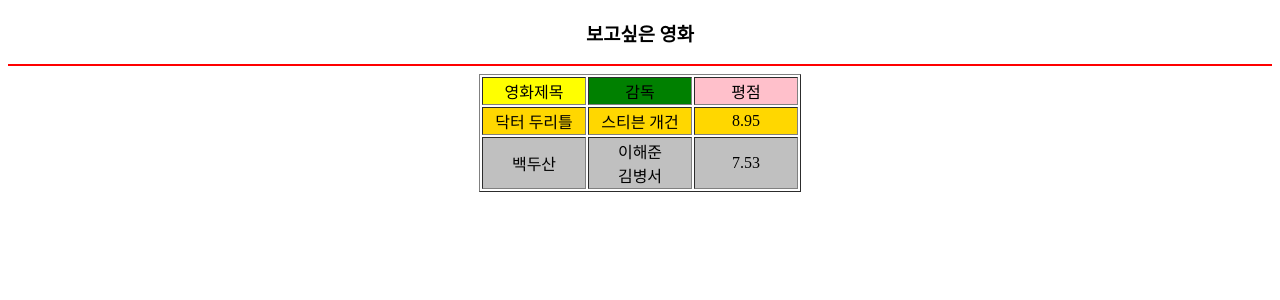
Repository: ujin2021/jsp_study
Page: jsp01/WebContent/table.html
These files come from the project's save history. The page is drawn as it stood at one moment and after the next save; the edit follows.
The browser window is 1280 px wide. The pictures show the whole page.

Above is the page before, as saved 2020-01-11 08:49:08.

After the next save:
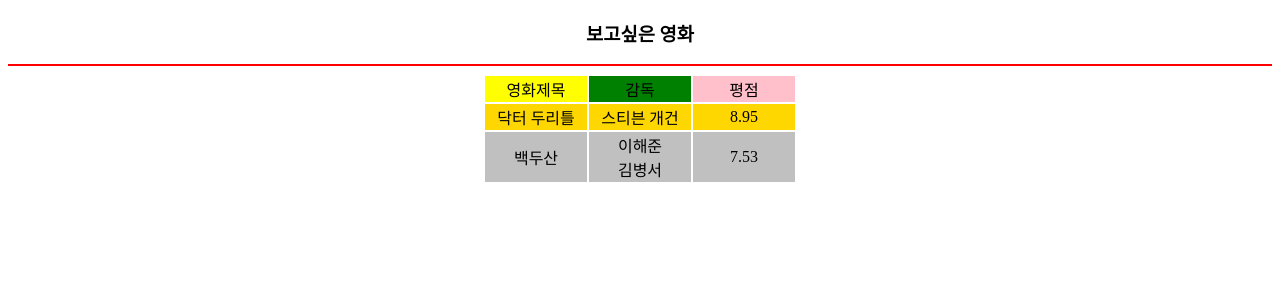
Saved 55 s later.
--- a/jsp01/WebContent/table.html
+++ b/jsp01/WebContent/table.html
@@ -13,7 +13,7 @@
 <!-- 2.행을 만든다 <tr> -->
 <!-- 3.칸을 정의한다<td> -->
 <!-- 한줄복사->ctrl+alt+화살표아래 -->
-<table border="1" align="center">
+<table align="center">
 	<tr align="center">
 		<td width="100" bgcolor="yellow">영화제목</td>
 		<td width="100" bgcolor="green">감독</td>
